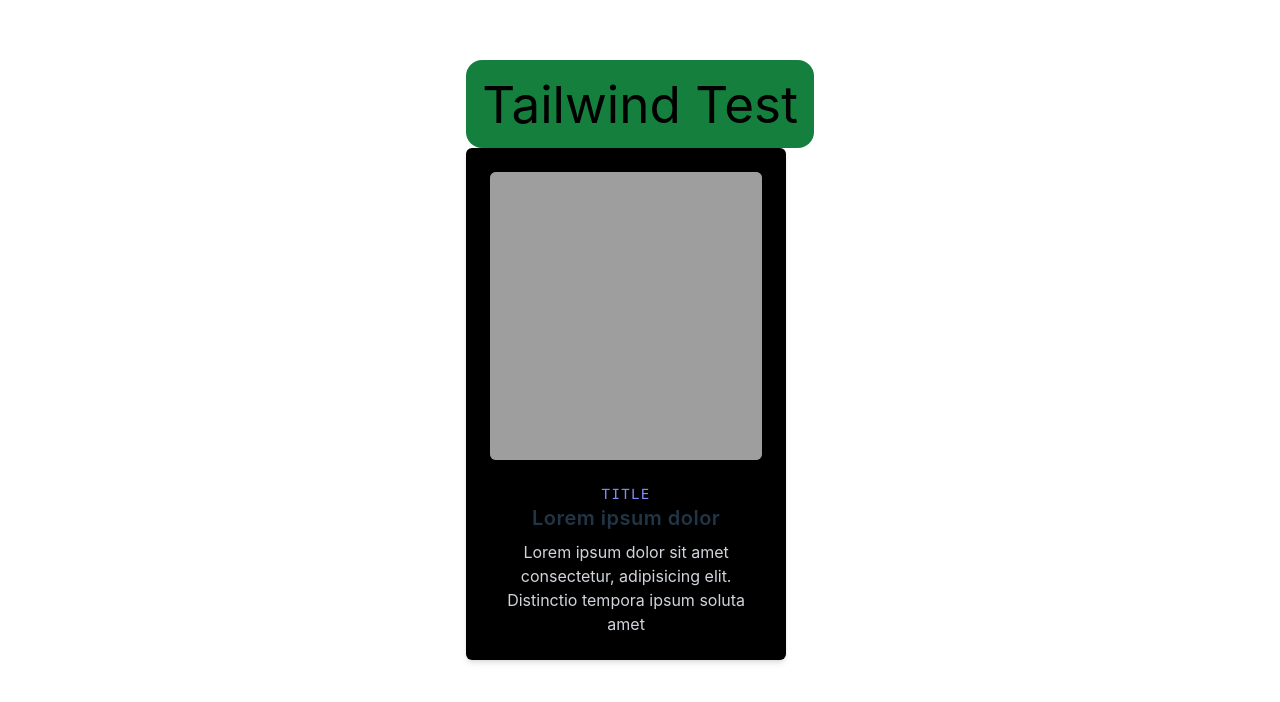
Repository: Adarshjeet0/ReactJs
Page: / (app in 03tailwindprops/)
These files come from the project's save history. The page is drawn as it stood at one moment and after the next save; the edit follows.
The browser window is 1280 px wide. The pictures show the whole page.
Pictures or frames that could not be fetched are drawn as grey boxes. The project was rebuilt for these pictures with package versions that can differ from the ones it lists, and the page was loaded fresh each time. Also part of the build but not shown: 03tailwindprops/vite.config.js.

Above is the page before, as saved 2024-11-30 23:05:28.

### 03tailwindprops/src/App.jsx
import { useState } from 'react'
import reactLogo from './assets/react.svg'
import viteLogo from '/vite.svg'
import './App.css'
import Card from './components/card.jsx'

function App() {
  const [count, setCount] = useState(0)

  return (
    <>
      <h1 className="bg-green-700 p-4 rounded-2xl text-black">Tailwind Test</h1>

      <Card />
    </>
  )
}

export default App

### 03tailwindprops/src/components/card.jsx
import React from 'react'

function Card() {
  return (
    <div className="max-w-xs p-6 rounded-md shadow-md bg-black">
        <img
          src="https://source.unsplash.com/300x300/?random"
          alt=""
          className="object-cover object-center w-full rounded-md h-72 bg-gray-500"
        />
        <div className="mt-6 mb-2">
          <span className="block text-sm font-medium font-mono tracking-widest uppercase text-indigo-400">
            Title
          </span>
          <h2 className="text-xl font-semibold tracking-wide">Lorem ipsum dolor</h2>
        </div>
        <p className="text-gray-300">
          Lorem ipsum dolor sit amet consectetur, adipisicing elit. Distinctio tempora ipsum soluta
          amet
        </p>
      </div>
  )
}

export default Card

Loaded but not shown: 03tailwindprops/index.html (common file); 03tailwindprops/src/main.jsx (common file); 03tailwindprops/src/index.css (common file); 03tailwindprops/src/App.css (common file); 03tailwindprops/tailwind.config.js (common file)

After the next save:
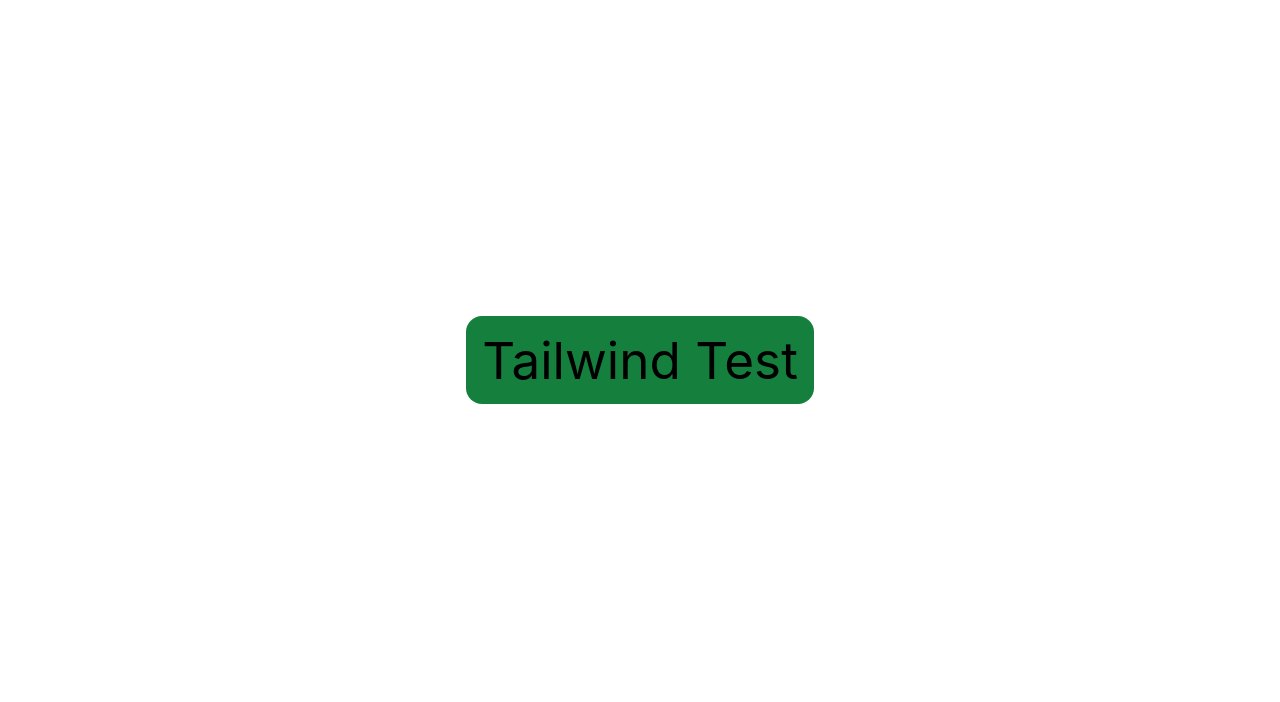
Saved 27 s later.
--- a/03tailwindprops/src/App.jsx
+++ b/03tailwindprops/src/App.jsx
@@ -11,7 +11,7 @@
     <>
       <h1 className="bg-green-700 p-4 rounded-2xl text-black">Tailwind Test</h1>
 
-      <Card />
+
     </>
   )
 }

After the save that followed:
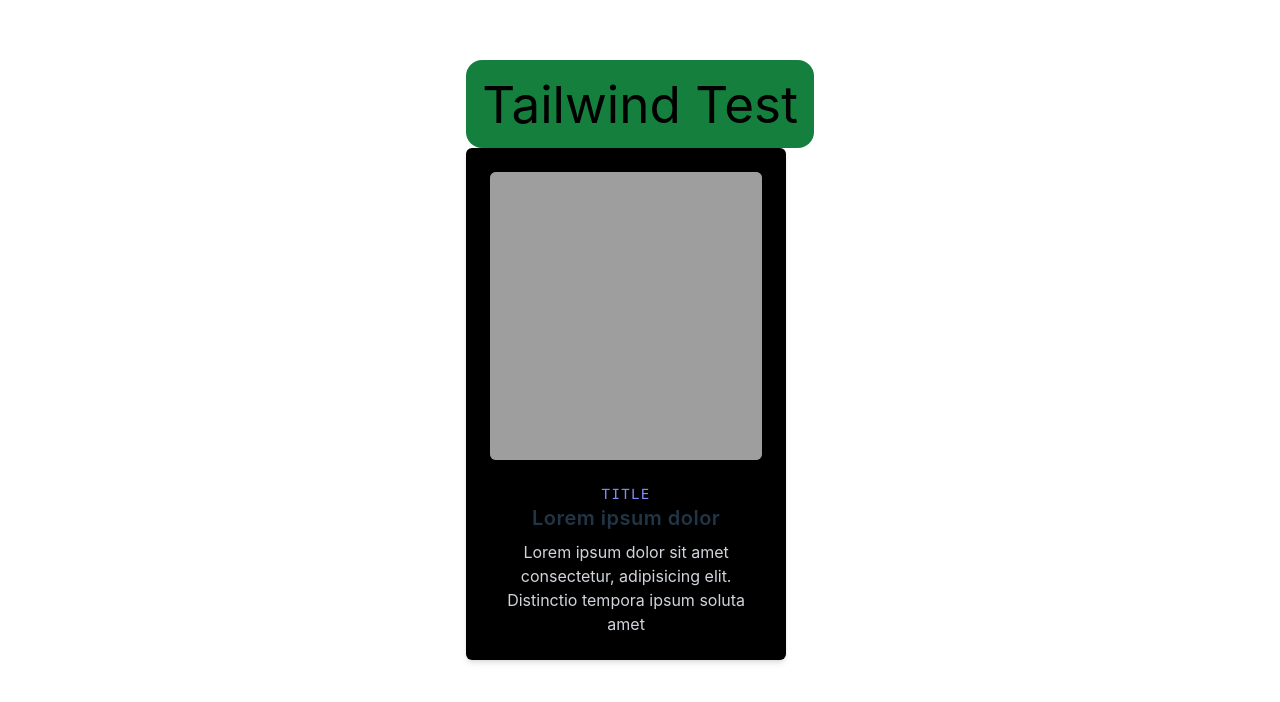
Saved 4 s later.
--- a/03tailwindprops/src/App.jsx
+++ b/03tailwindprops/src/App.jsx
@@ -11,7 +11,7 @@
     <>
       <h1 className="bg-green-700 p-4 rounded-2xl text-black">Tailwind Test</h1>
 
-
+      <Card />
     </>
   )
 }
